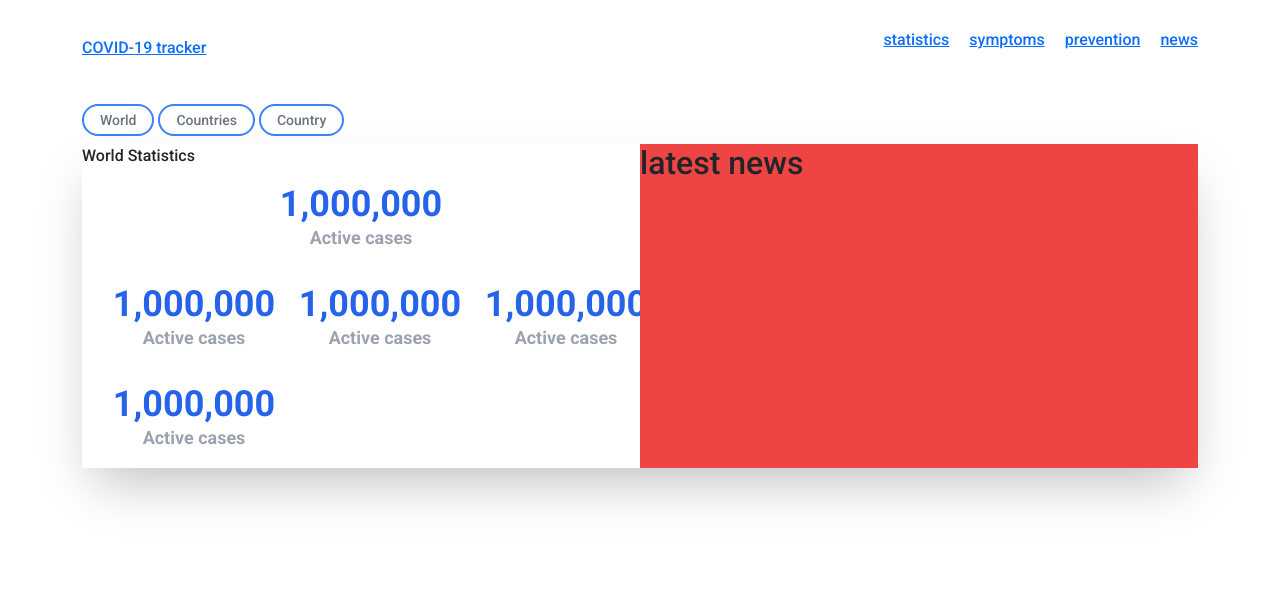
Repository: latenightsnacc/covid-19tracker
Page: design/index.html
These files come from the project's save history. The page is drawn as it stood at one moment and after the next save; the edit follows.
The browser window is 1280 px wide. The pictures show the whole page.
Some web libraries are served in a nearby version.

Above is the page before, as saved 2021-07-22 16:40:26.

After the next save:
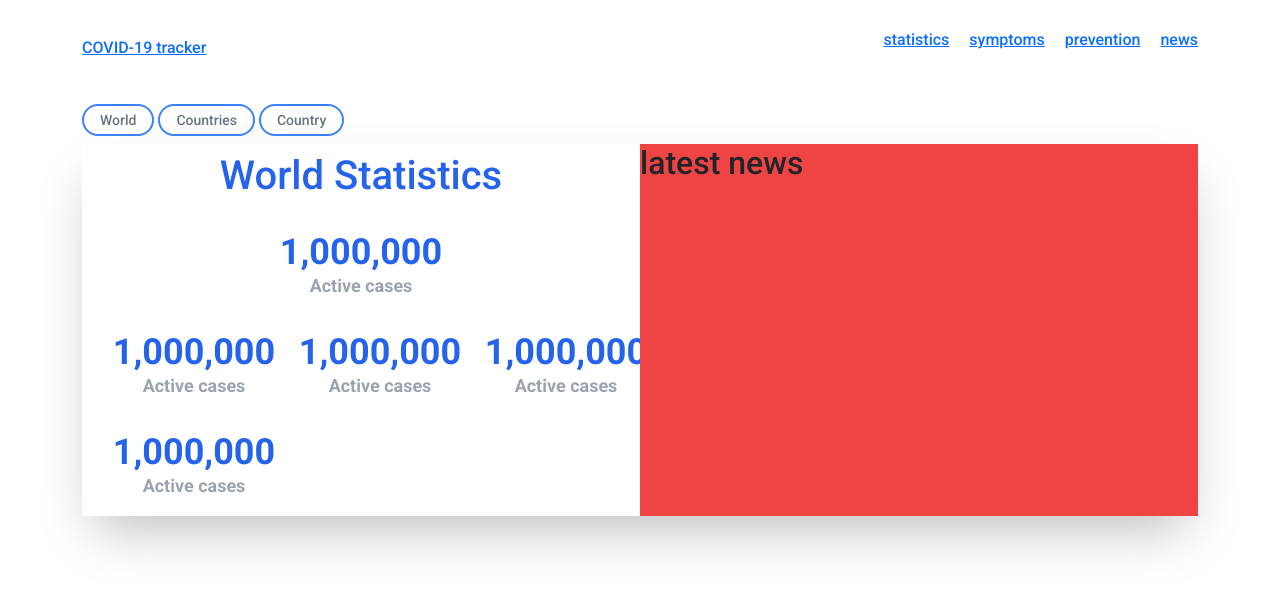
Saved 19 s later.
--- a/design/index.html
+++ b/design/index.html
@@ -73,7 +73,7 @@
             </div>
             <div class="flex flex-col md:flex-row  shadow-2xl">
 
-                <div class="w-100 md:w-1/2 >
+                <div class="w-100 md:w-1/2 ">
                     <h1 class="text-blue-600 text-center py-2">World Statistics</h1>
                     <div class="stats">
                         <div class="w-56 flex flex-col items-center justify-center p-3 m-auto">
